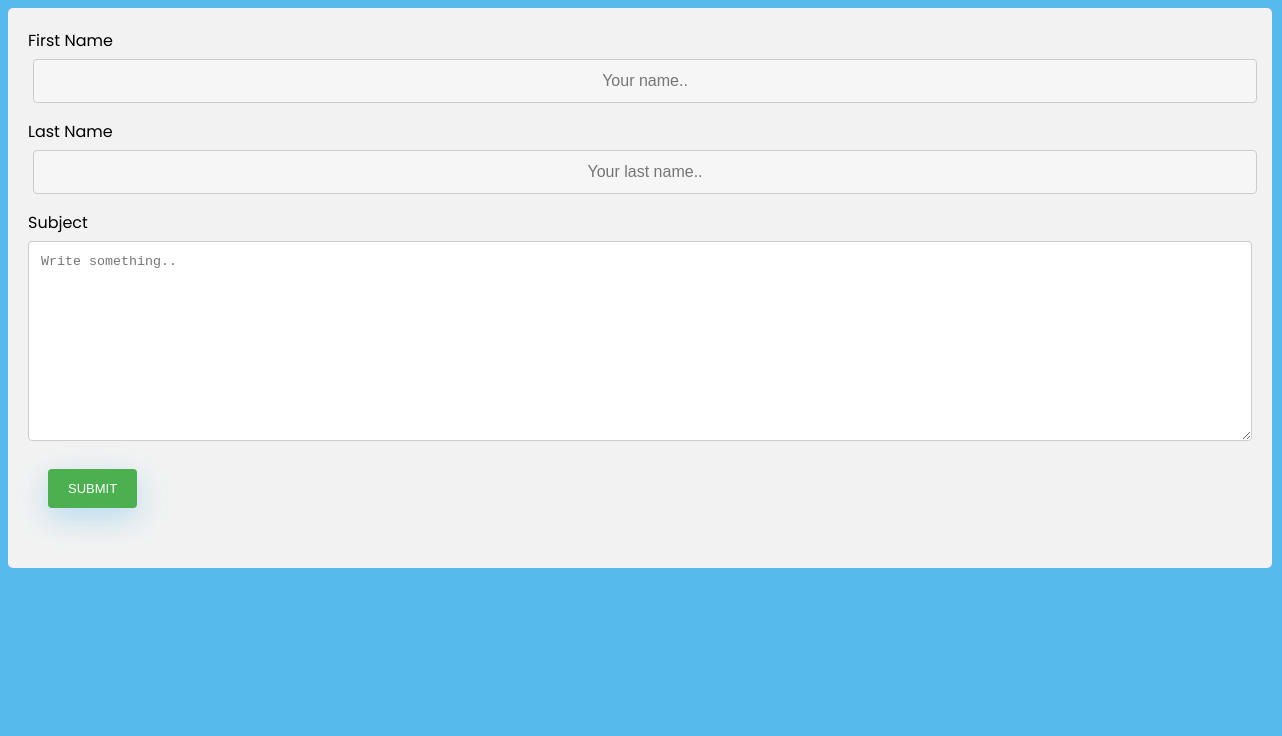
Repository: jas-fullstack/demomean
Page: /contact-us (app in Angular 6/)
These files come from the project's save history. The page is drawn as it stood at one moment and after the next save; the edit follows.
The browser window is 1280 px wide. The page is 1280 px wide, then 1282 px, so the pictures cover 1282 px, including what lies to the right of the window. The pictures show the whole page.
The project was rebuilt for these pictures with package versions that can differ from the ones it lists, and the page was loaded fresh each time. Also part of the build but not shown: Angular 6/angular.json, Angular 6/src/app/user/user.component.ts, Angular 6/src/app/user/sign-up/sign-up.component.ts, Angular 6/src/app/user/sign-in/sign-in.component.ts, Angular 6/src/app/user-profile/user-profile.component.ts.

Above is the page before, as saved 2018-10-04 14:32:45.

### Angular 6/src/styles.css
/* You can add global styles to this file, and also import other style files */
@import url('https://fonts.googleapis.com/css?family=Poppins');

/* BASIC */

html {
  background-color: #56baed;
}

body {
  font-family: "Poppins", sans-serif;
  height: 100vh;
}

a {
  color: #92badd;
  display:inline-block;
  text-decoration: none;
  font-weight: 400;
}

h2 {
  text-align: center;
  font-size: 16px;
  font-weight: 600;
  text-transform: uppercase;
  display:inline-block;
  margin: 40px 8px 10px 8px;
  color: #cccccc;
}



/* STRUCTURE */

.wrapper {
  display: flex;
  align-items: center;
  flex-direction: column;
  justify-content: center;
  width: 100%;
  padding: 20px;
}

#formContent {
  -webkit-border-radius: 10px 10px 10px 10px;
  border-radius: 10px 10px 10px 10px;
  background: #fff;
  padding: 30px;
  width: 90%;
  max-width: 450px;
  position: relative;
  padding: 0px;
  -webkit-box-shadow: 0 30px 60px 0 rgba(0,0,0,0.3);
  box-shadow: 0 30px 60px 0 rgba(0,0,0,0.3);
  text-align: center;
}

#formFooter {
  background-color: #f6f6f6;
  border-top: 1px solid #dce8f1;
  padding: 25px;
  text-align: center;
  -webkit-border-radius: 0 0 10px 10px;
  border-radius: 0 0 10px 10px;
}



/* TABS */

h2.inactive {
  color: #cccccc;
}

h2.active {
  color: #0d0d0d;
  border-bottom: 2px solid #5fbae9;
}



/* FORM TYPOGRAPHY*/

input[type=button], input[type=submit], input[type=reset]  {
  cursor: pointer;
  background-color: #56baed;
  border: none;
  color: white;
  padding: 15px 80px;
  text-align: center;
  text-decoration: none;
  display: inline-block;
  text-transform: uppercase;
  font-size: 13px;
  -webkit-box-shadow: 0 10px 30px 0 rgba(95,186,233,0.4);
  box-shadow: 0 10px 30px 0 rgba(95,186,233,0.4);
  -webkit-border-radius: 5px 5px 5px 5px;
  border-radius: 5px 5px 5px 5px;
  margin: 5px 20px 40px 20px;
  -webkit-transition: all 0.3s ease-in-out;
  -moz-transition: all 0.3s ease-in-out;
  -ms-transition: all 0.3s ease-in-out;
  -o-transition: all 0.3s ease-in-out;
  transition: all 0.3s ease-in-out;
}

input[type=button]:hover, input[type=submit]:hover, input[type=reset]:hover  {
  background-color: #39ace7;
}

input[type=button]:active, input[type=submit]:active, input[type=reset]:active  {
  -moz-transform: scale(0.95);
  -webkit-transform: scale(0.95);
  -o-transform: scale(0.95);
  -ms-transform: scale(0.95);
  transform: scale(0.95);
}

input[type=submit]:disabled{
  background-color: grey;
  color: white;
}

input[type=text],input[type=password] {
  background-color: #f6f6f6;
  border: none;
  color: #0d0d0d;
  padding: 15px 32px;
  text-align: center;
  text-decoration: none;
  display: inline-block;
  font-size: 16px;
  margin: 5px;
  width: 85%;
  border: 2px solid #f6f6f6;
  -webkit-transition: all 0.5s ease-in-out;
  -moz-transition: all 0.5s ease-in-out;
  -ms-transition: all 0.5s ease-in-out;
  -o-transition: all 0.5s ease-in-out;
  transition: all 0.5s ease-in-out;
  -webkit-border-radius: 5px 5px 5px 5px;
  border-radius: 5px 5px 5px 5px;
}

input[type=text]:focus,input[type=password]:focus {
  background-color: #fff;
  border-bottom: 2px solid #5fbae9;
}

input[type=text]:placeholder {
  color: #cccccc;
}

input[type=text].invalid-textbox,input[type=password].invalid-textbox{
border-bottom: 2px solid #ed5558;
}

label.validation-message{
  color:#ed5558;
}



/* ANIMATIONS */

/* Simple CSS3 Fade-in-down Animation */
.fadeInDown {
  -webkit-animation-name: fadeInDown;
  animation-name: fadeInDown;
  -webkit-animation-duration: 1s;
  animation-duration: 1s;
  -webkit-animation-fill-mode: both;
  animation-fill-mode: both;
}

@-webkit-keyframes fadeInDown {
  0% {
    opacity: 0;
    -webkit-transform: translate3d(0, -100%, 0);
    transform: translate3d(0, -100%, 0);
  }
  100% {
    opacity: 1;
    -webkit-transform: none;
    transform: none;
  }
}

@keyframes fadeInDown {
  0% {
    opacity: 0;
    -webkit-transform: translate3d(0, -100%, 0);
    transform: translate3d(0, -100%, 0);
  }
  100% {
    opacity: 1;
    -webkit-transform: none;
    transform: none;
  }
}

/* Simple CSS3 Fade-in Animation */
@-webkit-keyframes fadeIn { from { opacity:0; } to { opacity:1; } }
@-moz-keyframes fadeIn { from { opacity:0; } to { opacity:1; } }
@keyframes fadeIn { from { opacity:0; } to { opacity:1; } }

.fadeIn {
  opacity:0;
  -webkit-animation:fadeIn ease-in 1;
  -moz-animation:fadeIn ease-in 1;
  animation:fadeIn ease-in 1;

  -webkit-animation-fill-mode:forwards;
  -moz-animation-fill-mode:forwards;
  animation-fill-mode:forwards;

  -webkit-animation-duration:1s;
  -moz-animation-duration:1s;
  animation-duration:1s;
}

.fadeIn.first {
  -webkit-animation-delay: 0.4s;
  -moz-animation-delay: 0.4s;
  animation-delay: 0.4s;
}

.fadeIn.second {
  -webkit-animation-delay: 0.6s;
  -moz-animation-delay: 0.6s;
  animation-delay: 0.6s;
}

.fadeIn.third {
  -webkit-animation-delay: 0.8s;
  -moz-animation-delay: 0.8s;
  animation-delay: 0.8s;
}

.fadeIn.fourth {
  -webkit-animation-delay: 1s;
  -moz-animation-delay: 1s;
  animation-delay: 1s;
}

/* Simple CSS3 Fade-in Animation */
.underlineHover:after {
  display: block;
  left: 0;
  bottom: -10px;
  width: 0;
  height: 2px;
  background-color: #56baed;
  content: "";
  transition: width 0.2s;
}

.underlineHover:hover {
  color: #0d0d0d;
}

.underlineHover:hover:after{
  width: 100%;
}



/* OTHERS */

*:focus {
    outline: none;
}

#icon {
  width:50%;
}

* {
  box-sizing: border-box;
}


.alert {
  padding: 20px;
  background-color: #f44336; /* Red */
  color: white;
  margin-bottom: 15px;
}

.success{
  padding: 20px;
  background-color:#249424; /* Green */
  color: white;
  margin-bottom: 15px;
}

/* Table Styles */
.table-fill {
  background: white;
  border-radius:3px;
  border-collapse: collapse;
  height: 320px;
  margin: auto;
  max-width: 600px;
  padding:5px;
  width: 100%;
  box-shadow: 0 5px 10px rgba(0, 0, 0, 0.1);
  animation: float 5s infinite;
}

th {
  color:#D5DDE5;;
  background:#1b1e24;
  border-bottom:4px solid #9ea7af;
  border-right: 1px solid #343a45;
  font-size:23px;
  font-weight: 100;
  padding:24px;
  text-align:left;
  text-shadow: 0 1px 1px rgba(0, 0, 0, 0.1);
  vertical-align:middle;
}

th:first-child {
  border-top-left-radius:3px;
}

th:last-child {
  border-top-right-radius:3px;
  border-right:none;
}

tr {
  border-top: 1px solid #C1C3D1;
  border-bottom-: 1px solid #C1C3D1;
  color:#666B85;
  font-size:16px;
  font-weight:normal;
  text-shadow: 0 1px 1px rgba(256, 256, 256, 0.1);
}

tr:first-child {
  border-top:none;
}

tr:last-child {
  border-bottom:none;
}

tr:nth-child(odd) td {
  background:#EBEBEB;
}

tr:last-child td:first-child {
  border-bottom-left-radius:3px;
}

tr:last-child td:last-child {
  border-bottom-right-radius:3px;
}

td {
  background:#FFFFFF;
  padding:20px;
  text-align:left;
  vertical-align:middle;
  font-weight:300;
  font-size:18px;
  text-shadow: -1px -1px 1px rgba(0, 0, 0, 0.1);
  border-right: 1px solid #C1C3D1;
}

td:last-child {
  border-right: 0px;
}

th.text-left {
  text-align: left;
}

th.text-center {
  text-align: center;
}

th.text-right {
  text-align: right;
}

td.text-left {
  text-align: left;
}

td.text-center {
  text-align: center;
}

td.text-right {
  text-align: right;
}

### Angular 6/src/app/app.module.ts
// built-in
import { BrowserModule } from '@angular/platform-browser';
import { NgModule } from '@angular/core';
import { FormsModule, ReactiveFormsModule } from '@angular/forms';
import { RouterModule } from '@angular/router';
import { HttpClientModule,HTTP_INTERCEPTORS } from '@angular/common/http';
// components
import { AppComponent } from './app.component';
import { UserComponent } from './user/user.component';
import { SignUpComponent } from './user/sign-up/sign-up.component';
//routes
import { appRoutes } from './routes';
import { UserProfileComponent } from './user-profile/user-profile.component';
import { SignInComponent } from './user/sign-in/sign-in.component';
import { UserService } from './shared/user.service';
//other
import { AuthGuard } from './auth/auth.guard';
import { AuthInterceptor } from './auth/auth.interceptor';
import { ContactusComponent } from './contactus/contactus.component';

@NgModule({
  declarations: [
    AppComponent,
    UserComponent,
    SignUpComponent,
    UserProfileComponent,
    SignInComponent,
    ContactusComponent
  ],
  imports: [
    BrowserModule,
    FormsModule,
    RouterModule.forRoot(appRoutes),
    HttpClientModule,
    ReactiveFormsModule
  ],
  providers: [{
    provide: HTTP_INTERCEPTORS,
    useClass: AuthInterceptor,
    multi: true
  },AuthGuard,UserService],
  bootstrap: [AppComponent]
})
export class AppModule { }

### Angular 6/src/environments/environment.ts
// This file can be replaced during build by using the `fileReplacements` array.
// `ng build ---prod` replaces `environment.ts` with `environment.prod.ts`.
// The list of file replacements can be found in `angular.json`.

export const environment = {
  production: false,
  apiBaseUrl: 'http://localhost:3002/api'
};

/*
 * In development mode, to ignore zone related error stack frames such as
 * `zone.run`, `zoneDelegate.invokeTask` for easier debugging, you can
 * import the following file, but please comment it out in production mode
 * because it will have performance impact when throw error
 */
// import 'zone.js/dist/zone-error';  // Included with Angular CLI.

### Angular 6/src/app/routes.ts
import { Routes } from '@angular/router';
import { UserComponent } from './user/user.component';
import { SignUpComponent } from './user/sign-up/sign-up.component';
import { SignInComponent } from './user/sign-in/sign-in.component';
import { UserProfileComponent } from './user-profile/user-profile.component';
import { AuthGuard } from './auth/auth.guard';
import { ContactusComponent } from './contactus/contactus.component';

export const appRoutes: Routes = [
    {
        path: 'signup', component: UserComponent,
        children: [{ path: '', component: SignUpComponent }]
    },
    {
        path: 'login', component: UserComponent,
        children: [{ path: '', component: SignInComponent }]
    },
    {
        path: 'contact-us', component: ContactusComponent,
    },
    {
        path: 'userprofile', component: UserProfileComponent,canActivate:[AuthGuard]
    },
    {
        path: '', redirectTo: '/login', pathMatch: 'full'
    },

];

### Angular 6/src/app/shared/user.service.ts
import { Injectable } from '@angular/core';
import { HttpClient, HttpHeaders } from '@angular/common/http';

import { environment } from '../../environments/environment';
import { User } from './user.model';

@Injectable({
  providedIn: 'root'
})
export class UserService {
  selectedUser: User = {
    fullName: '',
    email: '',
    password: ''
  };

  noAuthHeader = { headers: new HttpHeaders({ 'NoAuth': 'True' }) };

  constructor(private http: HttpClient) { }

  //HttpMethods

  postUser(user: User){
    return this.http.post(environment.apiBaseUrl+'/register',user,this.noAuthHeader);
  }

  login(authCredentials) {
    return this.http.post(environment.apiBaseUrl + '/authenticate', authCredentials,this.noAuthHeader);
  }

  getUserProfile() {
    return this.http.get(environment.apiBaseUrl + '/userProfile');
  }


  //Helper Methods

  setToken(token: string) {
    localStorage.setItem('token', token);
  }

  getToken() {
    return localStorage.getItem('token');
  }

  deleteToken() {
    localStorage.removeItem('token');
  }

  getUserPayload() {
    var token = this.getToken();
    if (token) {
      var userPayload = atob(token.split('.')[1]);
      return JSON.parse(userPayload);
    }
    else
      return null;
  }

  isLoggedIn() {
    var userPayload = this.getUserPayload();
    if (userPayload)
      return userPayload.exp > Date.now() / 1000;
    else
      return false;
  }
}

### Angular 6/src/app/contactus/contactus.component.ts
import { Component, OnInit } from '@angular/core';
import { FormBuilder, FormGroup, Validators } from '@angular/forms';

@Component({
  selector: 'app-contactus',
  templateUrl: './contactus.component.html',
  styleUrls: ['./contactus.component.css']
})
export class ContactusComponent implements OnInit {

  rForm: FormGroup;
  post:any;                     // A property for our submitted form
  description:string = '';
  name:string = '';

  constructor(private fb: FormBuilder) {

    this.rForm = fb.group({
      'name' : [null, Validators.required],
      'description' : [null, Validators.compose([Validators.required, Validators.minLength(30), Validators.maxLength(500)])],
      'validate' : ''
    });
   }

   addPost(post) {
    this.description = post.description;
    this.name = post.name;
  }

  ngOnInit() {
  }


}

### Angular 6/src/app/contactus/contactus.component.html
<div class="container">
  <form action="">

    <label for="fname">First Name</label>
    <input type="text" id="fname" name="firstname" placeholder="Your name..">

    <label for="lname">Last Name</label>
    <input type="text" id="lname" name="lastname" placeholder="Your last name..">

    <label for="subject">Subject</label>
    <textarea id="subject" name="subject" placeholder="Write something.." style="height:200px"></textarea>

    <input type="submit" value="Submit">

  </form>
</div>

### Angular 6/src/app/contactus/contactus.component.css
/* Style inputs with type="text", select elements and textareas */
input[type=text], select, textarea {
    width: 100%; /* Full width */
    padding: 12px; /* Some padding */
    border: 1px solid #ccc; /* Gray border */
    border-radius: 4px; /* Rounded borders */
    box-sizing: border-box; /* Make sure that padding and width stays in place */
    margin-top: 6px; /* Add a top margin */
    margin-bottom: 16px; /* Bottom margin */
    resize: vertical /* Allow the user to vertically resize the textarea (not horizontally) */
}

/* Style the submit button with a specific background color etc */
input[type=submit] {
    background-color: #4CAF50;
    color: white;
    padding: 12px 20px;
    border: none;
    border-radius: 4px;
    cursor: pointer;
}

/* When moving the mouse over the submit button, add a darker green color */
input[type=submit]:hover {
    background-color: #45a049;
}

/* Add a background color and some padding around the form */
.container {
    border-radius: 5px;
    background-color: #f2f2f2;
    padding: 20px;
}

Loaded but not shown: Angular 6/src/index.html (common file); Angular 6/src/main.ts (common file); Angular 6/src/app/app.component.ts (common file); Angular 6/src/app/auth/auth.guard.ts (common file); Angular 6/src/app/auth/auth.interceptor.ts (common file); Angular 6/src/app/app.component.html (common file); Angular 6/src/app/app.component.css (no stored copy; drawn as an empty file)

After the next save:
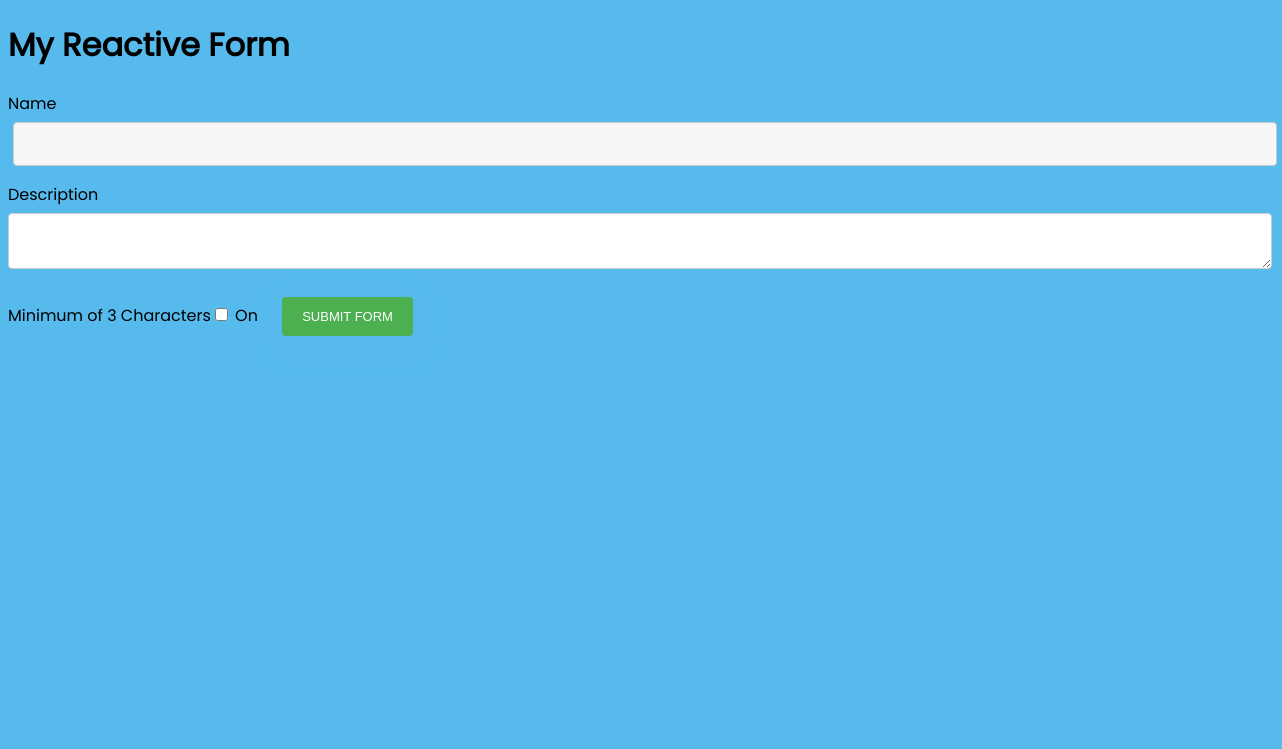
Saved 23 s later.
--- a/Angular 6/src/app/contactus/contactus.component.html
+++ b/Angular 6/src/app/contactus/contactus.component.html
@@ -1,16 +1,21 @@
-<div class="container">
-  <form action="">
+<div *ngIf="!name; else forminfo">
+  <form [formGroup]="rForm" (ngSubmit)="addPost(rForm.value)">
+    <div class="form-container">
+      <div class="row columns">
+        <h1>My Reactive Form</h1>
+        <label>Name
+          <input type="text" formControlName="name">
+        </label>
 
-    <label for="fname">First Name</label>
-    <input type="text" id="fname" name="firstname" placeholder="Your name..">
+        <label>Description
+          <textarea  formControlName="description"></textarea>
+        </label>
 
-    <label for="lname">Last Name</label>
-    <input type="text" id="lname" name="lastname" placeholder="Your last name..">
+        <label for="validate">Minimum of 3 Characters</label>
+        <input type="checkbox" name="validate" formControlName="validate" value="1"> On
 
-    <label for="subject">Subject</label>
-    <textarea id="subject" name="subject" placeholder="Write something.." style="height:200px"></textarea>
-
-    <input type="submit" value="Submit">
-
+        <input type="submit" class="button expanded" value="Submit Form" [disabled]="!rForm.valid">
+      </div>
+    </div>
   </form>
 </div>
